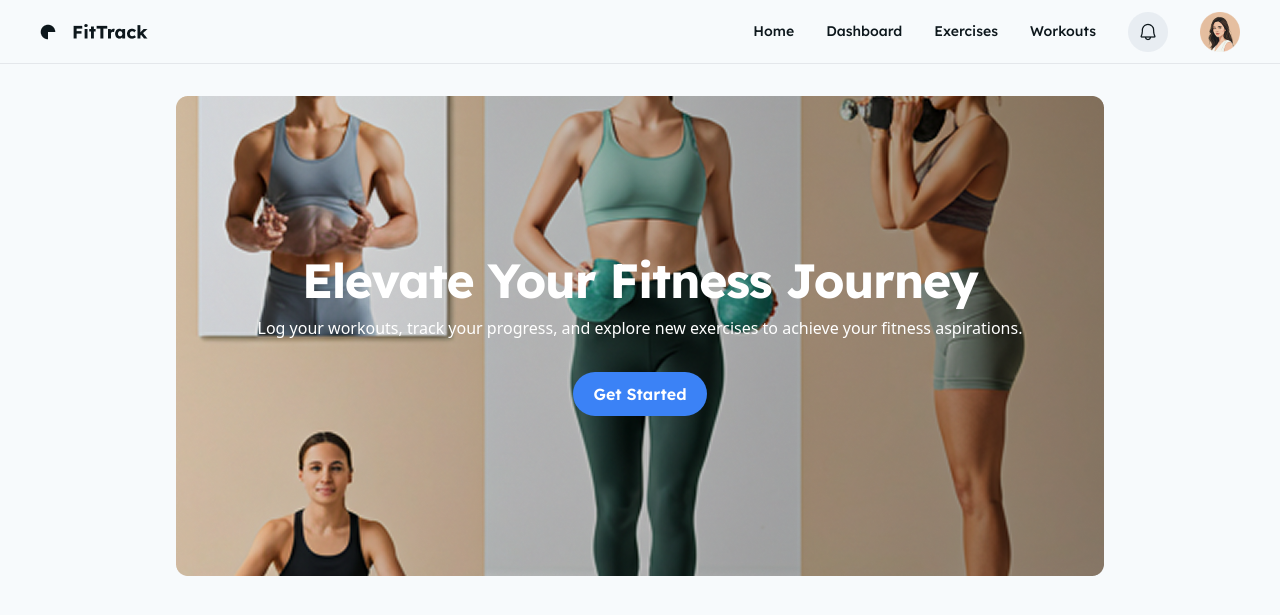
Repository: Emy-gold/fitness-tracking-platform
Page: /
The author's editor kept a copy of each file at every save. The page is drawn from the files as they stood at one save, then again after the next save.
The browser window is 1280 px wide. The pictures show the whole page.
The project was rebuilt for these pictures with package versions that can differ from the ones it lists, and the page was loaded fresh each time. Also part of the build but not shown: vite.config.js, src/Pages/Dashboard.jsx, src/Pages/Exercises.jsx, src/Pages/Workouts.jsx, src/components/Footer.jsx.

Above is the page before, as saved 2025-08-24 22:40:49.

After the next save:
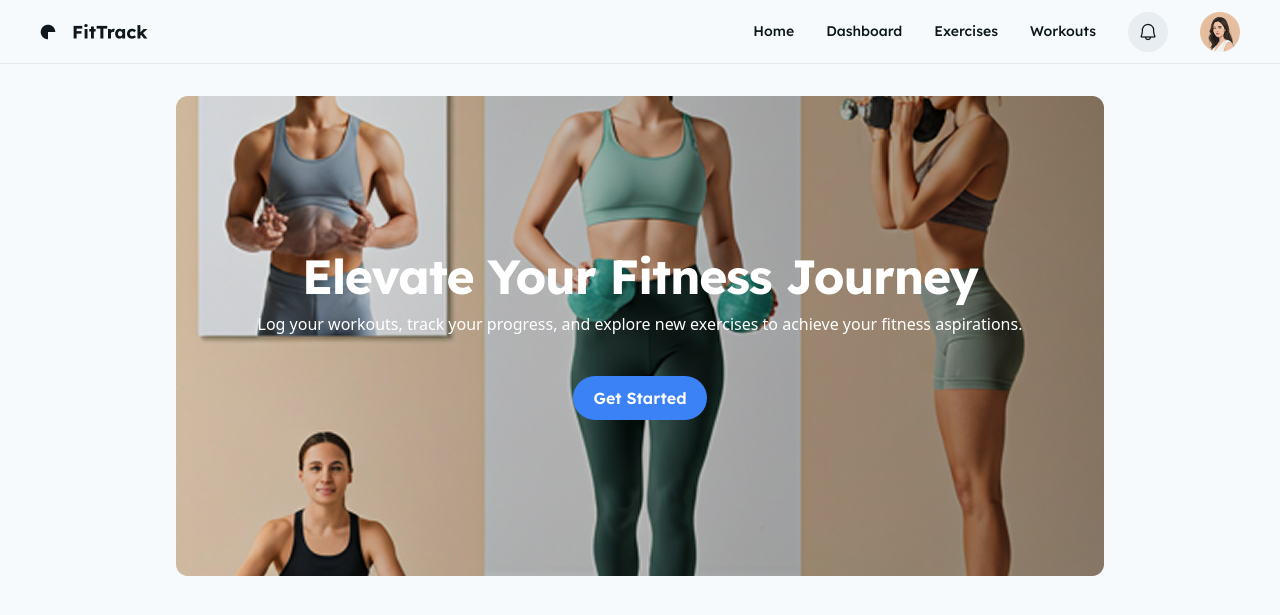
Saved 15 s later.
--- a/src/Pages/Home.jsx
+++ b/src/Pages/Home.jsx
@@ -11,7 +11,7 @@
                     <div className="absolute inset-0 flex flex-col justify-center text-center text-white">
                         <h1 className='text-5xl font-lexend font-bold mb-3 tracking-tight '>Elevate Your Fitness Journey</h1>
                         <p className=''>Log your workouts, track your progress, and explore new exercises to achieve your fitness aspirations.</p>
-                        <button type="submit" className='mt-8 mx-auto bg-blue-500 py-[10px] px-5 font-lexend font-semibold rounded-3xl'>Get Started</button>
+                        <button type="submit" className='mt-10 mx-auto bg-blue-500 py-[10px] px-5 font-lexend font-semibold rounded-3xl'>Get Started</button>
                     </div>
 
                 </section >

After the save that followed:
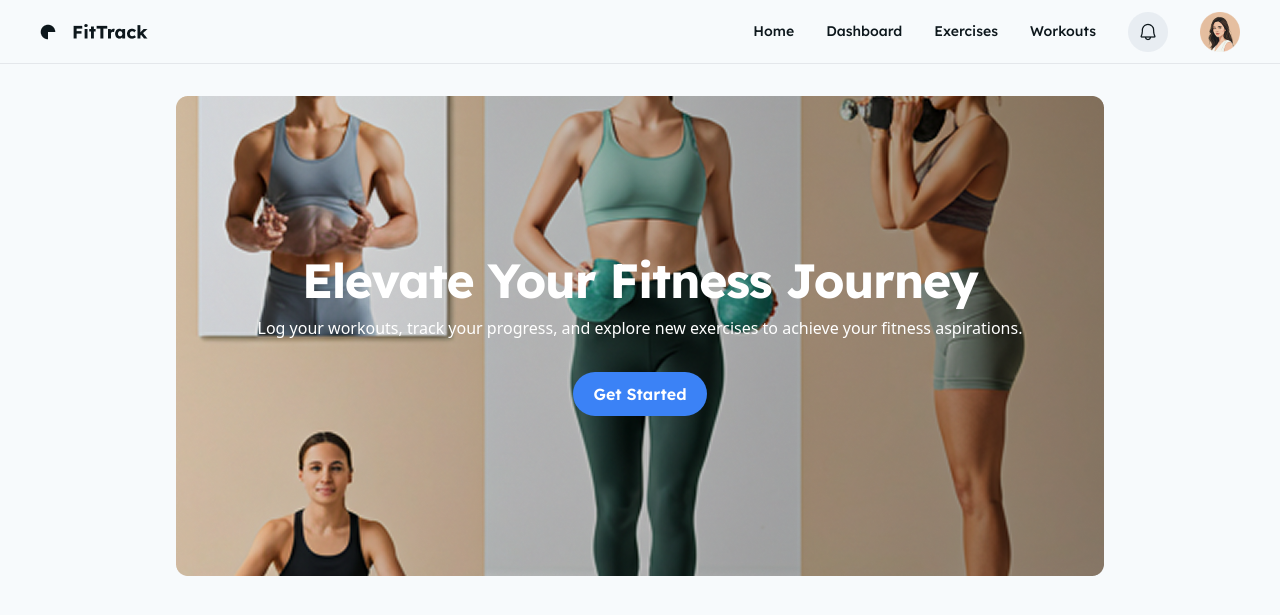
Saved 6 s later.
--- a/src/Pages/Home.jsx
+++ b/src/Pages/Home.jsx
@@ -11,7 +11,7 @@
                     <div className="absolute inset-0 flex flex-col justify-center text-center text-white">
                         <h1 className='text-5xl font-lexend font-bold mb-3 tracking-tight '>Elevate Your Fitness Journey</h1>
                         <p className=''>Log your workouts, track your progress, and explore new exercises to achieve your fitness aspirations.</p>
-                        <button type="submit" className='mt-10 mx-auto bg-blue-500 py-[10px] px-5 font-lexend font-semibold rounded-3xl'>Get Started</button>
+                        <button type="submit" className='mt-8 mx-auto bg-blue-500 py-[10px] px-5 font-lexend font-semibold rounded-3xl'>Get Started</button>
                     </div>
 
                 </section >
